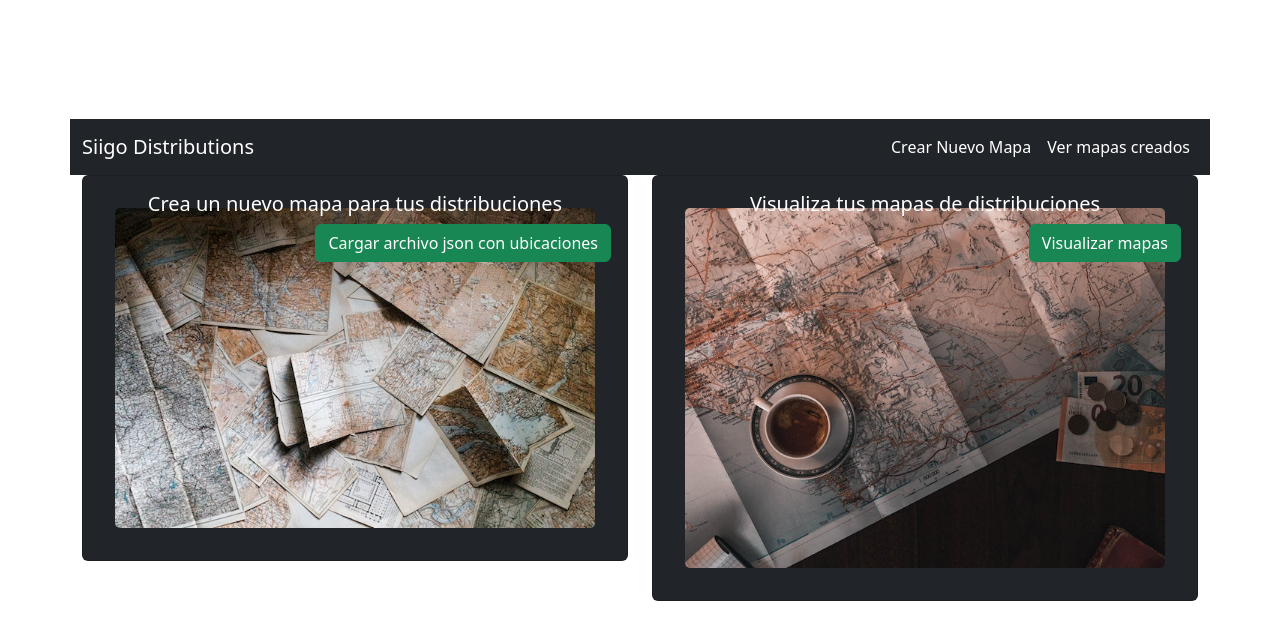
Repository: DevArthuro/Siigo-Distributions
Page: / (app in frontend/)
The author's editor kept a copy of each file at every save. The page is drawn from the files as they stood at one save, then again after the next save.
The browser window is 1280 px wide. The pictures show the whole page.
The project was rebuilt for these pictures with package versions that can differ from the ones it lists, and the page was loaded fresh each time. Also part of the build but not shown: frontend/vite.config.js, frontend/src/stores/useGraphSpeccifictMap.js, frontend/src/components/TableToManageMap.vue, frontend/src/views/WhatchSpecifictMap.vue.

Above is the page before, as saved 2023-09-27 08:41:25.

### frontend/src/main.js
import { createApp } from 'vue'
import './style.css'
import App from './App.vue'

// Manage to routes
import routes from './routes'

// Import libraries to bootstrap in the folder node_modules
import 'bootstrap/dist/css/bootstrap.min.css'
import 'bootstrap/dist/js/bootstrap.bundle'

// Manage central for components
import {createPinia} from 'pinia'
import persistence from 'pinia-plugin-persistence'

const pinia = createPinia()

pinia.use(persistence)

const app = createApp(App)
app.use(pinia)
app.use(routes)

app.mount('#app')

### frontend/src/App.vue
<template>
    <router-view/>
</template>

### frontend/src/routes/index.js
import {createRouter, createWebHistory} from 'vue-router';
import dashboard from '../views/DashBoard.vue';
import wathchMaps from '../views/WhatchSpecifictMap.vue'

const routes = [
    {
        path: '/',
        name: 'DashBoard',
        component: dashboard
    },
    {
        path: '/ver-mapas/',
        name: 'Watch-Maps',
        component: wathchMaps
    }
];

const router = createRouter({
    history: createWebHistory(),
    routes
});

export default router;

### frontend/src/views/DashBoard.vue
<template>
    <navbar/>
    <div class="container">
        <div class="row">
            <CardCreateMap/>
            <CardWatchMap/>
        </div>
    </div>
</template>

<script setup>

import navbar from '../components/Navbar.vue'
import CardCreateMap from '../components/CardToCreateMap.vue'
import CardWatchMap from '../components/CardToShowMaps.vue'
</script>

### frontend/src/components/Navbar.vue
<template>
    <nav class="navbar navbar-expand-lg navbar-dark bg-dark">
        <div class="container-fluid">
          <router-link class="navbar-brand" :to="backViewDashBoard">Siigo Distributions</router-link>
          <button class="navbar-toggler" type="button" data-bs-toggle="collapse" data-bs-target="#navbarNavAltMarkup" aria-controls="navbarNavAltMarkup" aria-expanded="false" aria-label="Toggle navigation">
            <span class="navbar-toggler-icon"></span>
          </button>
          <div class="collapse navbar-collapse justify-content-end" id="navbarNavAltMarkup">
            <div class="navbar-nav">
              <a class="nav-link active" aria-current="page" href="#">Crear Nuevo Mapa</a>
              <router-link class="nav-link active" aria-current="page" :to="nextViewWatchMaps">Ver mapas creados</router-link>
            </div>
          </div>
        </div>
      </nav>
</template>

<script setup>

import {useRouter} from 'vue-router'

const router = useRouter()

const nextViewWatchMaps = {
  name: 'Watch-Maps'
}

const backViewDashBoard = {
  name: 'DashBoard'
}

</script>

### frontend/src/components/CardToCreateMap.vue
<template>
    <div class="col-6">
        <div class="card bg-dark text-white">
            <img src="create_to_map.jpg" class="card-img" alt="create_to_map">
            <div class="card-img-overlay">
              <h5 class="card-title">Crea un nuevo mapa para tus distribuciones</h5>
              <div class="text-end">
                <button class="btn btn-success">Cargar archivo json con ubicaciones</button>
              </div>
            </div>
          </div>
    </div>
</template>

### frontend/src/components/CardToShowMaps.vue
<template>
    <div class="col-6">
        <div class="card bg-dark text-white">
            <img src="watch_to_map.jpg" class="card-img" alt="watch_to_map" height="360"/>
            <div class="card-img-overlay">
              <h5 class="card-title">Visualiza tus mapas de distribuciones</h5>
              <div class="text-end">
                <button class="btn btn-success">Visualizar mapas</button>
              </div>
            </div>
          </div>
    </div>
</template>

Loaded but not shown: frontend/index.html (common file); frontend/src/style.css (common file)

After the next save:
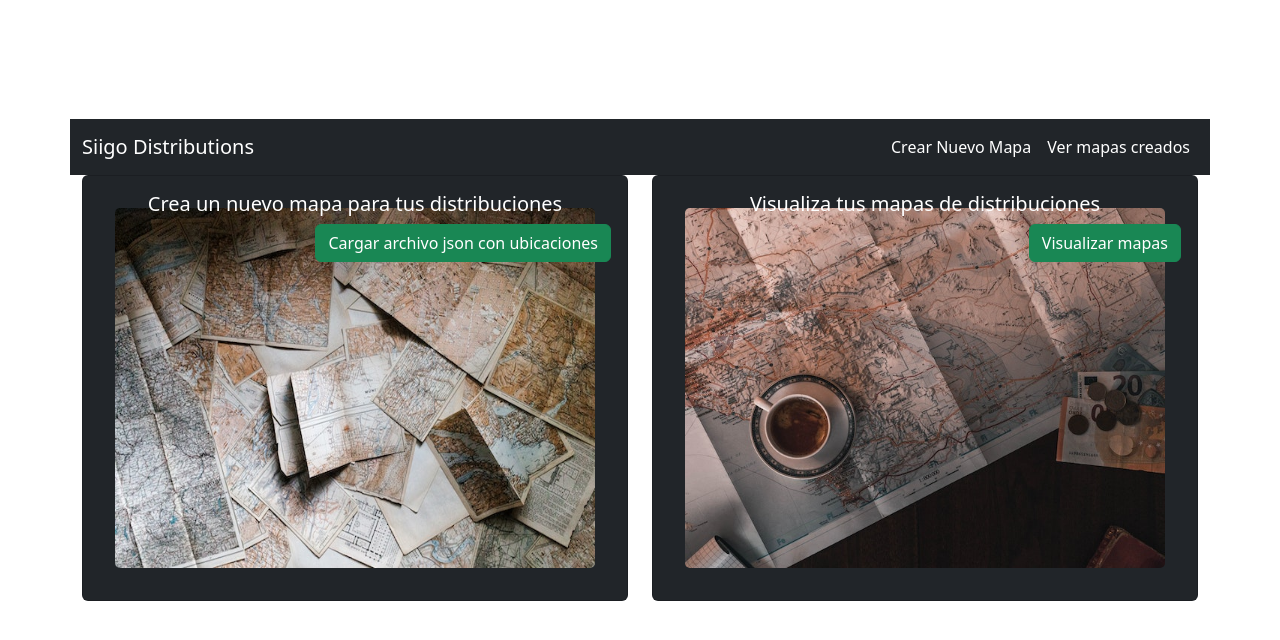
Saved 21 s later.
--- a/frontend/src/components/CardToCreateMap.vue
+++ b/frontend/src/components/CardToCreateMap.vue
@@ -1,7 +1,7 @@
 <template>
     <div class="col-6">
         <div class="card bg-dark text-white">
-            <img src="create_to_map.jpg" class="card-img" alt="create_to_map">
+            <img src="create_to_map.jpg" class="card-img" alt="create_to_map" height="360"/>
             <div class="card-img-overlay">
               <h5 class="card-title">Crea un nuevo mapa para tus distribuciones</h5>
               <div class="text-end">
